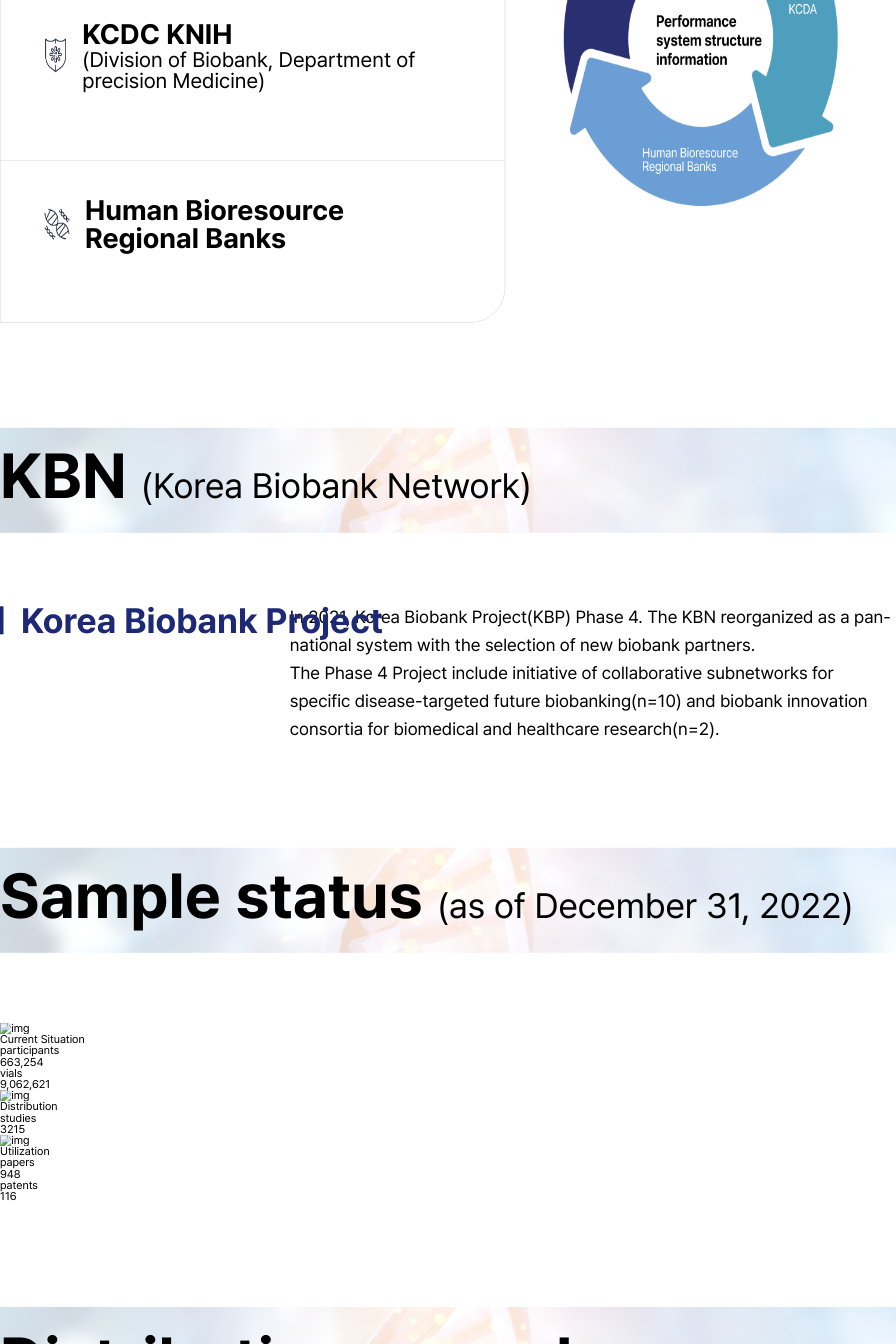
Repository: dlgywls1130/kbn_makedit
Page: index.html
The author's editor kept a copy of each file at every save. The page is drawn from the files as they stood at one save, then again after the next save.
The browser window is 1280 px wide. The pictures show the part of the page from y = 2263 to 4183 px (the page is 5311 px tall), at 70% of full size.
Some web libraries are served in a nearby version.

Above is the page before, as saved 2023-10-15 16:55:22.

After the next save:
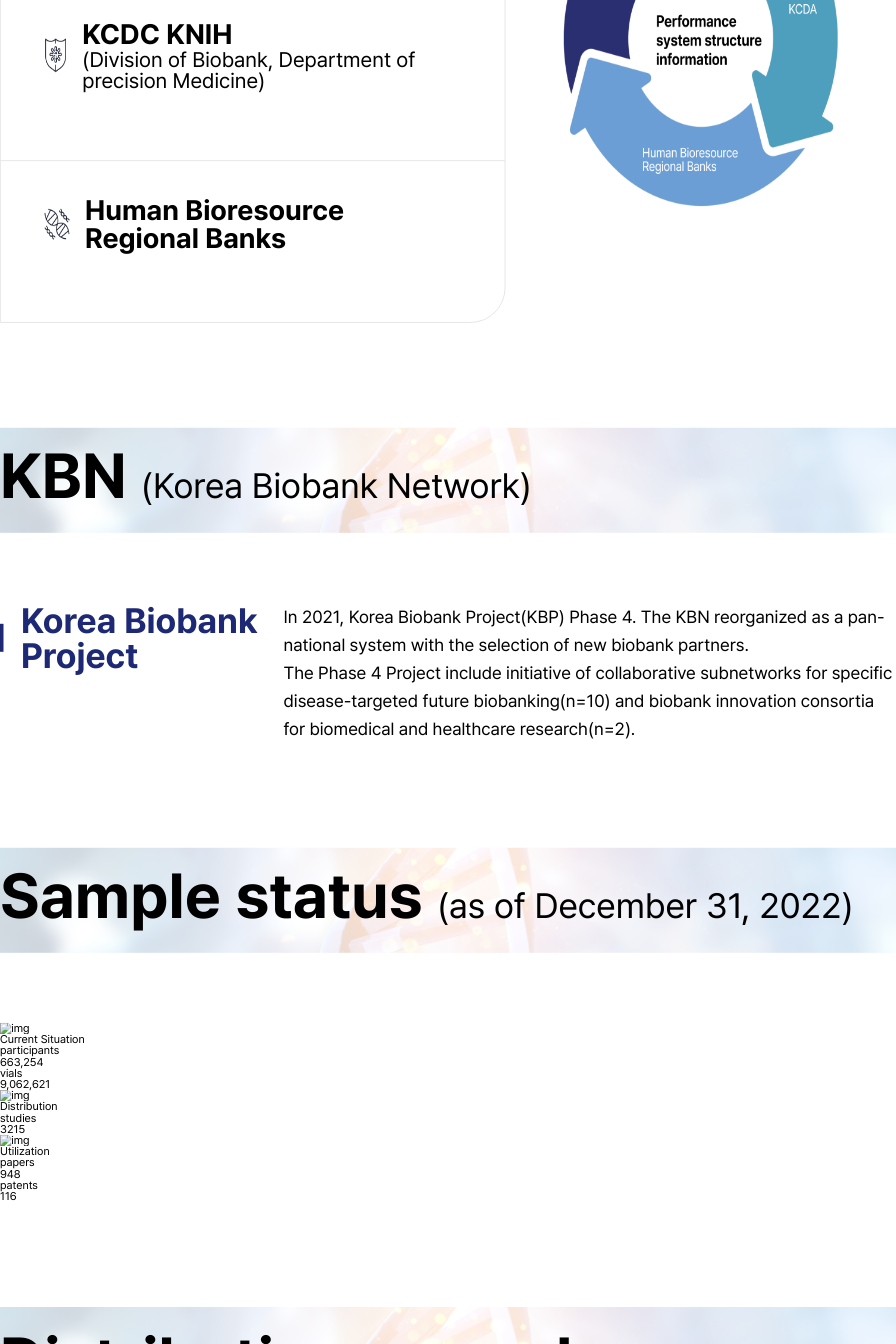
Saved 41 s later.
--- a/index.html
+++ b/index.html
@@ -185,7 +185,7 @@
             <div class="kbn_content">
                 <div class="content_list">
                     <div class="list_main">
-                        Korea Biobank Project
+                        Korea Biobank<br> Project
                     </div>
                     <div class="list_descript">
                         <p>In 2021, Korea Biobank Project(KBP) Phase 4. The KBN reorganized as a pan-national system with the
